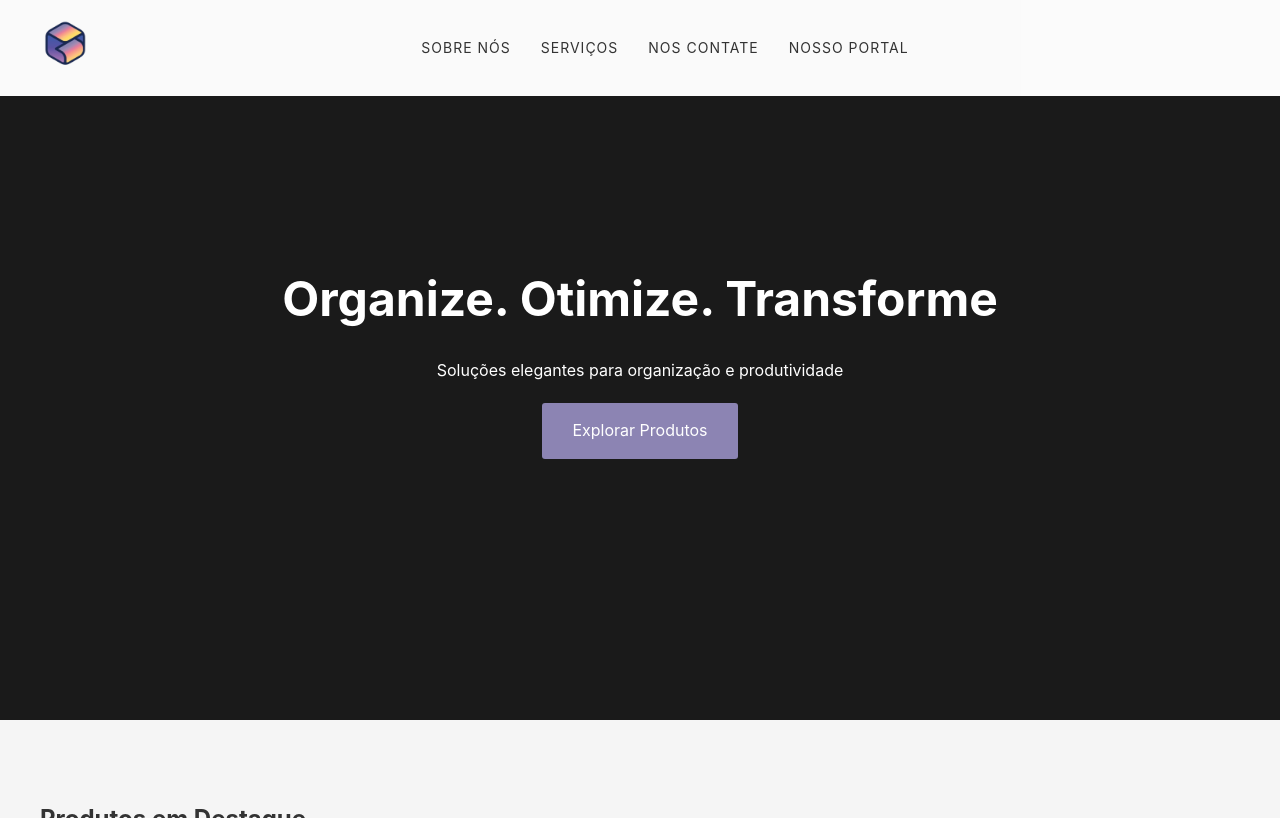
Repository: Gabrielb0rn/0EasyDesk.io
Page: index.html
These files come from the project's save history. The page is drawn as it stood at one moment and after a run of saves; the edit follows.
The browser window is 1280 px wide. The pictures show the part of the page from y = 0 to 818 px (the page is 1927 px tall).
A picture or video elsewhere on the page could not be fetched, so the positions and the page height are approximate.

Above is the page before, as saved 2024-10-31 15:07:53.

After the next 2 saves:
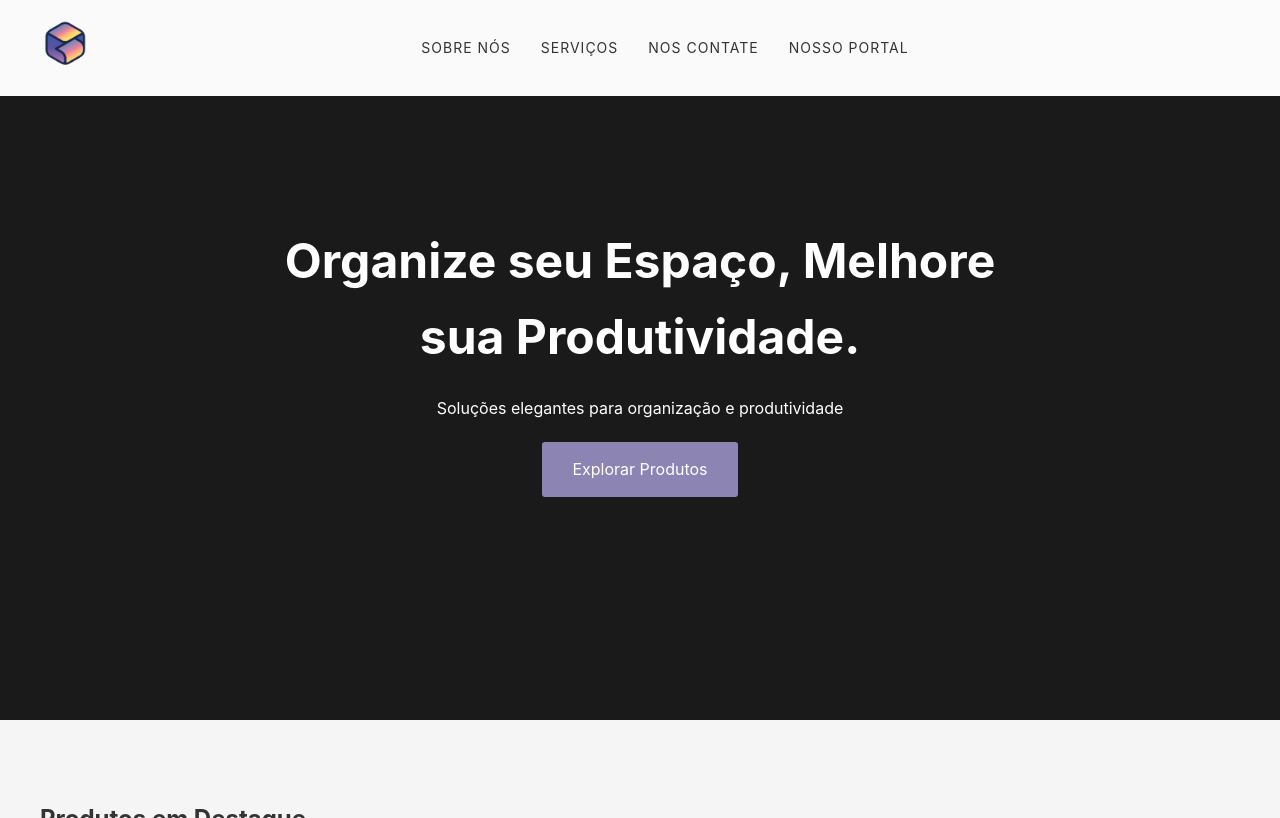
The 2 saves are shown as one change because they came seconds apart.
The last was saved 113 s later.
--- a/index.html
+++ b/index.html
@@ -29,7 +29,7 @@
     <!-- Hero Section com Imagem Full-width -->
     <section class="hero">
         <div class="hero-content">
-            <h1>Organize. Otimize. Transforme</h1>
+            <h1>Organize seu Espaço, Melhore sua Produtividade.</h1>
             <p>Soluções elegantes para organização e produtividade</p>
             <a href="/produtos" class="cta-button">Explorar Produtos</a>
         </div>
